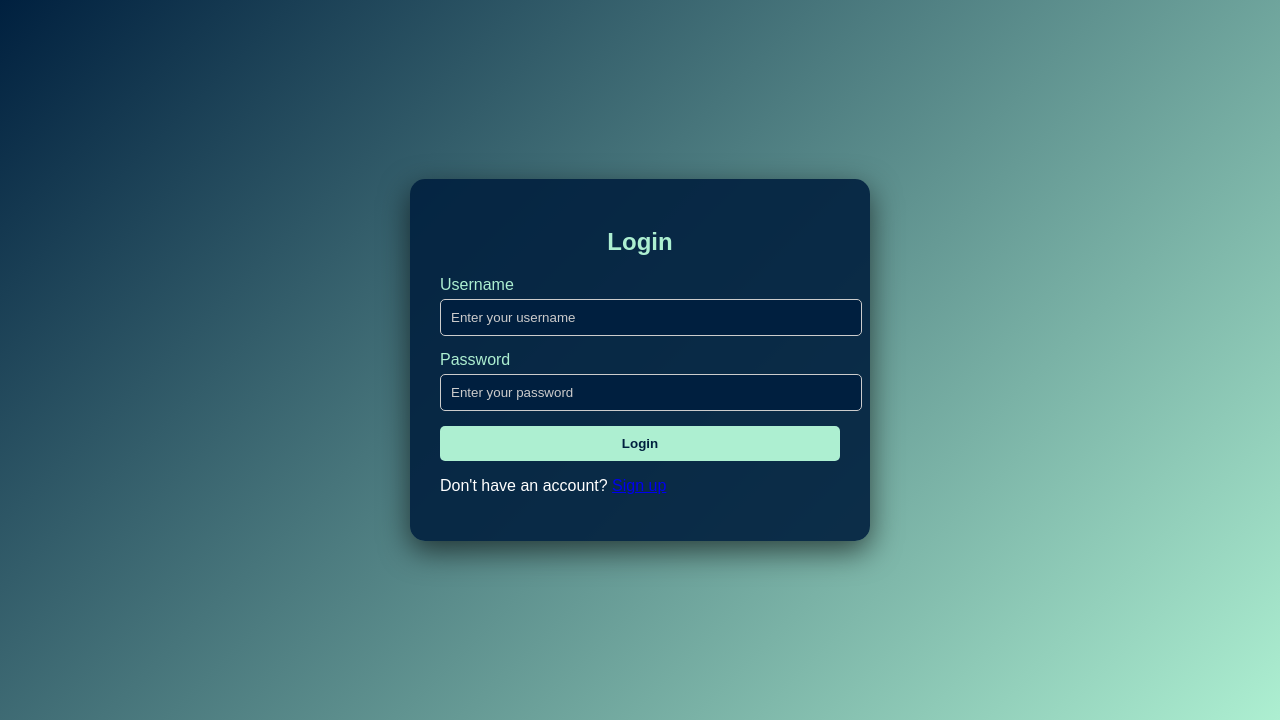
Repository: letscodeshivansh/JWT-authenticated-site
Page: http://localhost/
An editor plug-in stored every save of this project. The page is shown before and after a run of saves, followed by the edit.
The browser window is 1280 px wide. The pictures show the whole page.
The page is served by the project's Node server (src/server.js).

Above is the page before, as saved 2024-12-03 19:10:30.

### templates/login.ejs
<!DOCTYPE html>
<html lang="en">
<head>
  <meta charset="UTF-8">
  <meta name="viewport" content="width=device-width, initial-scale=1.0">
  <title>Login</title>
  <link rel="stylesheet" href="style.css">
</head>
<body>
  <div class="container">
    <div class="login-box">
      <h2>Login</h2>
      <% if (typeof error !== 'undefined') { %>
        <p class="error-message"><%= error %></p>
      <% } %>
      <form action="/login" method="POST">
        <div class="form-group">
          <label for="username">Username</label>
          <input type="text" id="username" name="username" placeholder="Enter your username" required>
        </div>
        <div class="form-group">
          <label for="password">Password</label>
          <input type="password" id="password" name="password" placeholder="Enter your password" required>
        </div>
        <button type="submit" class="btn">Login</button>
      </form>
      <p>Don't have an account? <a href="/signup" class="signup-link">Sign up</a></p>
    </div>
  </div>
</body>
</html>

### src/server.js
const express = require('express');
const http = require('http');
const path = require('path');
const session = require('express-session');
const mongoose = require('mongoose');
const bcrypt = require('bcrypt');
const jwt = require('jsonwebtoken');
const { check, validationResult } = require('express-validator');
const { User } = require('./mongodb');
require('dotenv').config();

// Initialize Express App and Server
const app = express();
const server = http.createServer(app);

// Middleware
app.use(express.json());
app.use(express.urlencoded({ extended: false }));
app.use(
  session({
    secret: 'yourSecretKey',
    resave: false,
    saveUninitialized: true,
  })
);

// Set Static Files and View Engine
const parentDir = path.join(__dirname, '../');
app.use(express.static(path.join(parentDir, 'public')));
app.use(express.static(path.join(parentDir, 'assets')));
app.set('views', path.join(parentDir, 'templates'));
app.set('view engine', 'ejs');

// Connect to MongoDB
mongoose
  .connect(process.env.MONGODB_URI, { useNewUrlParser: true, useUnifiedTopology: true })
  .then(() => console.log('MongoDB connected'))
  .catch((err) => console.error('MongoDB connection error:', err));

// JWT Authentication Middleware
const authenticateJWT = (req, res, next) => {
  const token = req.headers.authorization?.split(' ')[1];
  if (!token) return res.status(401).json({ error: 'Access Denied: No Token Provided!' });

  try {
    const verified = jwt.verify(token, process.env.JWT_SECRET);
    req.user = verified;
    next();
  } catch (err) {
    res.status(400).json({ error: 'Invalid Token' });
  }
};

// Role-Based Authorization Middleware
const authorizeRole = (role) => {
  return (req, res, next) => {
    if (req.user.role !== role) {
      return res.status(403).json({ error: 'Access Denied: Insufficient Permissions!' });
    }
    next();
  };
};

// Routes

// Landing Page
app.get('/', (req, res) => res.render('login'));
app.get('/login', (req, res) => res.render('login'));
app.get('/signup', (req, res) => res.render('signup'));

// Protected Landing Route
app.get('/landing', authenticateJWT, (req, res) => {
  const { username, role } = req.user;
  res.render('landing', { loggedInUsername: username, role });
});

// User Profile
app.get('/profile', authenticateJWT, (req, res) => {
  if (req.user.role !== 'User') {
    return res.status(403).send('Access Denied!');
  }
  res.render('user');
});

// Admin Panel
app.get('/admin', authenticateJWT, authorizeRole('Admin'), (req, res) => res.render('admin'));

// Logout
app.get('/logout', (req, res) => {
  res.clearCookie('token');
  res.redirect('/login');
});

// Login Handler
app.post('/login', async (req, res) => {
  try {
    const { username, password } = req.body;
    const user = await User.findOne({ username });

    if (!user || !(await bcrypt.compare(password, user.password))) {
      return res.status(401).render('login', { error: 'Invalid username or password' });
    }

    const token = jwt.sign({ username: user.username, role: user.role }, process.env.JWT_SECRET);
    res.cookie('token', token).redirect('/landing');
  } catch (error) {
    console.error(error);
    res.status(500).send('Error logging in');
  }
});

// Signup Handler
app.post(
  '/signup',
  [
    check('username').isLength({ min: 3 }).withMessage('Username must be at least 3 characters long'),
    check('password').isLength({ min: 5 }).withMessage('Password must be at least 5 characters long'),
  ],
  async (req, res) => {
    const errors = validationResult(req);
    if (!errors.isEmpty()) {
      return res.status(400).render('signup', { error: errors.array()[0].msg });
    }

    try {
      const { username, password, role } = req.body;

      // Check if username already exists
      const existingUser = await User.findOne({ username });
      if (existingUser) {
        return res.status(400).render('signup', { error: 'Username already exists. Please choose a different one.' });
      }

      // Hash the password and save the user
      const hashedPassword = await bcrypt.hash(password, 10);
      const newUser = new User({ username, password: hashedPassword, role });
      await newUser.save();

      res.redirect('/login');
    } catch (error) {
      console.error('Signup error:', error);
      res.status(500).render('signup', { error: 'An error occurred during signup. Please try again.' });
    }
  }
);


const port = 6969;
server.listen(port, '0.0.0.0', () => {
  console.log(`Server is running on http://0.0.0.0:${port}`);
});

### src/mongodb.js
const mongoose = require("mongoose");
const mongoURI = process.env.MONGODB_URI || "mongodb://127.0.0.1:27017/VRV";

mongoose.connect(mongoURI, { useNewUrlParser: true, useUnifiedTopology: true })
  .then(() => {
    console.log("MongoDB connected");
  })
  .catch((error) => {
    console.error("MongoDB connection error:", error);
  });

  const userSchema = new mongoose.Schema({
    username: { type: String, required: true, unique: true },
    password: { type: String, required: true },
  });

  const User = mongoose.model('User', userSchema);

  module.exports = { User };

### public/style.css
/* General Styles */
body {
  font-family: 'Arial', sans-serif;
  margin: 0;
  padding: 0;
  display: flex;
  justify-content: center;
  align-items: center;
  height: 100vh;
  background: linear-gradient(135deg, #00203F, #ADEFD1); /* Dark and mint gradient */
  color: #fff;
}

.container {
  width: 100%;
  max-width: 400px;
  background: rgba(0, 32, 63, 0.9); /* Slightly transparent dark box */
  padding: 30px;
  border-radius: 15px;
  box-shadow: 0 10px 30px rgba(0, 0, 0, 0.6);
}

/* Headings */
h2 {
  text-align: center;
  margin-bottom: 20px;
  color: #ADEFD1; /* Mint color */
}

/* Form Styles */
.form-group {
  margin-bottom: 15px;
}

label {
  display: block;
  margin-bottom: 5px;
  color: #ADEFD1; /* Mint color for labels */
}

input[type="text"],
input[type="password"],
select {
  width: 100%;
  padding: 10px;
  border: 1px solid #ccc;
  border-radius: 5px;
  background: #001F3F; /* Dark input background */
  color: #fff; /* White text in inputs */
}

input::placeholder {
  color: #ccc; /* Placeholder color */
}

/* Button Styles */
.btn {
  width: 100%;
  padding: 10px;
  background: #ADEFD1; /* Mint button */
  color: #00203F; /* Dark text on button */
  border: none;
  border-radius: 5px;
  cursor: pointer;
  font-weight: bold;
  transition: background 0.3s ease;
}

.btn:hover {
  background: #82E6C6; /* Lighter mint on hover */
}

/* Links */
.auth-link {
  color: #82E6C6; /* Light mint links */
  text-decoration: none;
}

.auth-link:hover {
  text-decoration: underline;
}

/* Error Message */
.error-message {
  color: #FF4D4D; /* Bright red for errors */
  text-align: center;
  margin-bottom: 15px;
}

After the next 3 saves:
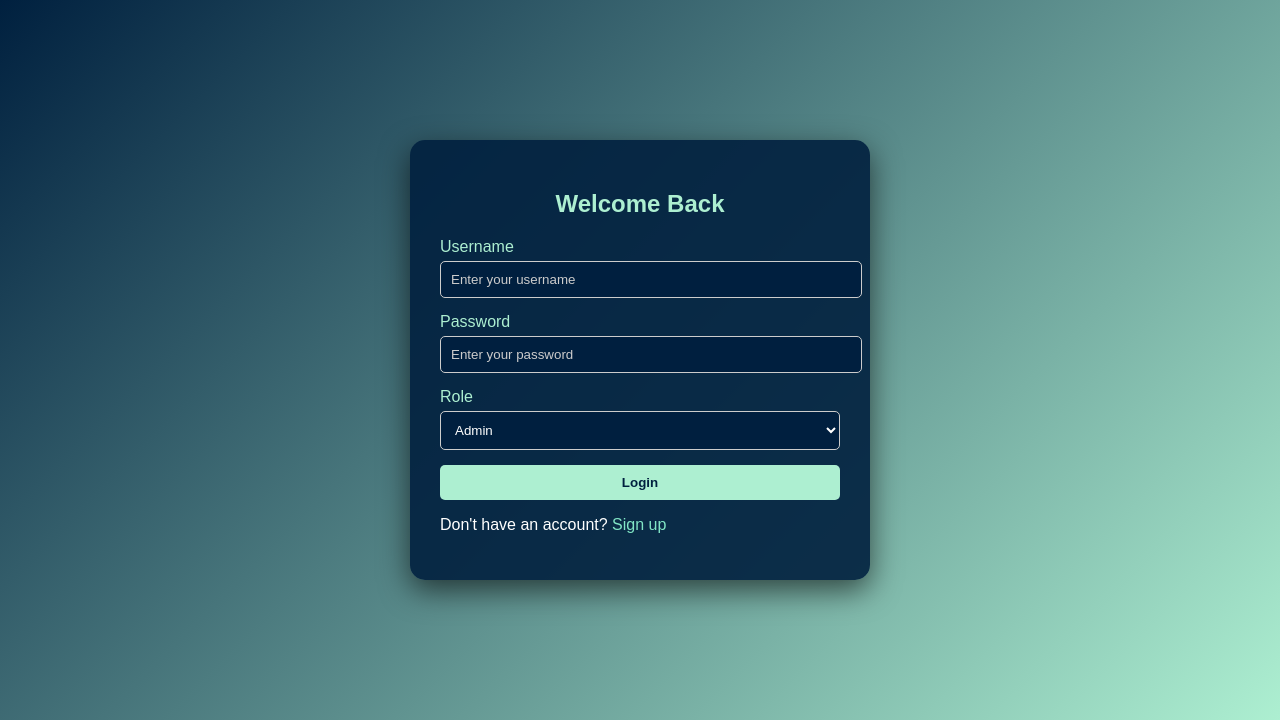
The 3 saves are shown as one change because they came seconds apart.
The last was saved 12 s later.
--- a/templates/login.ejs
+++ b/templates/login.ejs
@@ -8,8 +8,8 @@
 </head>
 <body>
   <div class="container">
-    <div class="login-box">
-      <h2>Login</h2>
+    <div class="auth-box">
+      <h2>Welcome Back</h2>
       <% if (typeof error !== 'undefined') { %>
         <p class="error-message"><%= error %></p>
       <% } %>
@@ -22,9 +22,16 @@
           <label for="password">Password</label>
           <input type="password" id="password" name="password" placeholder="Enter your password" required>
         </div>
+        <div class="form-group">
+          <label for="role">Role</label>
+          <select id="role" name="role" required>
+            <option value="admin">Admin</option>
+            <option value="user">User</option>
+          </select>
+        </div>
         <button type="submit" class="btn">Login</button>
       </form>
-      <p>Don't have an account? <a href="/signup" class="signup-link">Sign up</a></p>
+      <p>Don't have an account? <a href="/signup" class="auth-link">Sign up</a></p>
     </div>
   </div>
 </body>
